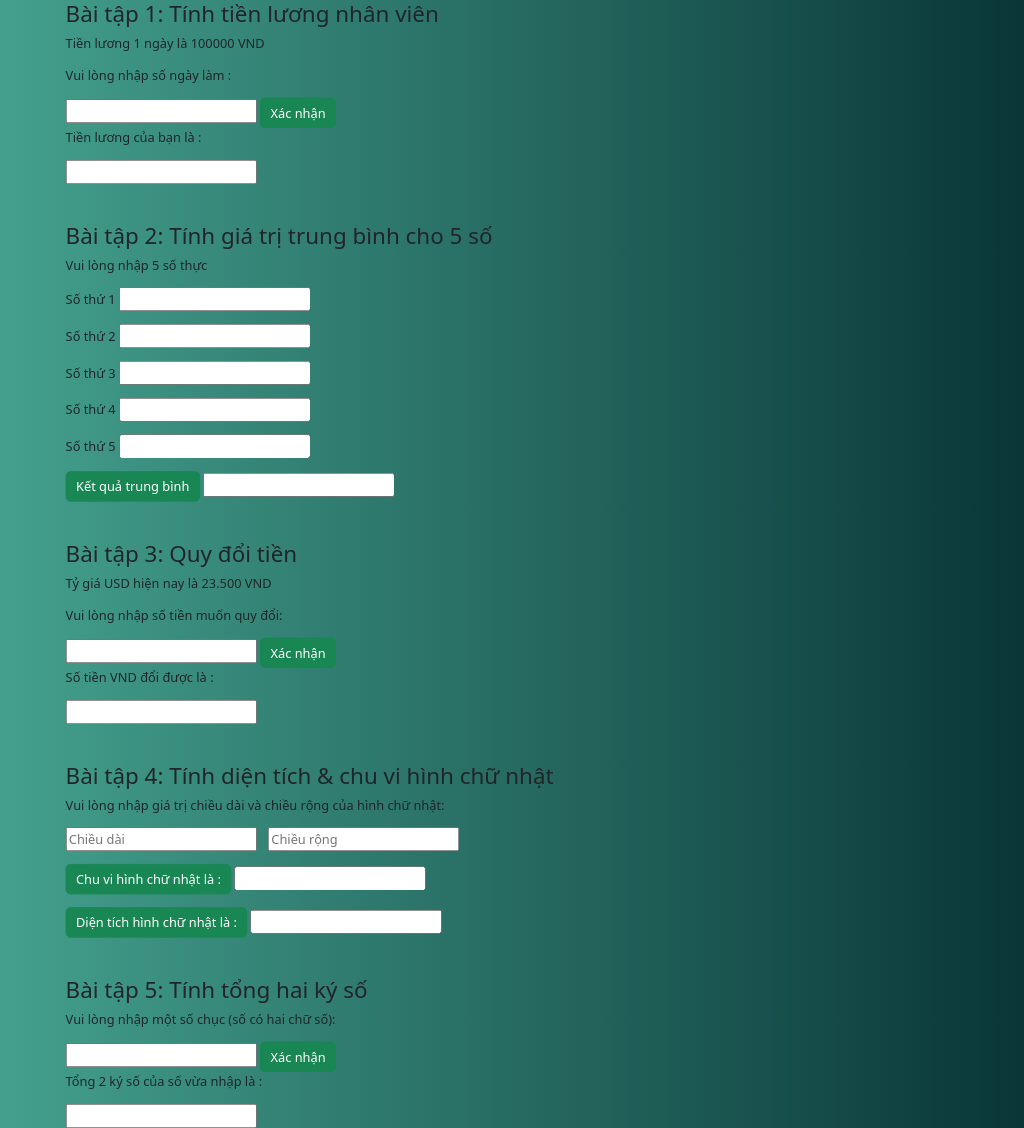
Repository: hcozyph/TranHuuPhuoc_BC43_BT_JS_Buoi2
Page: index.html
The author's editor kept a copy of each file at every save. The page is drawn from the files as they stood at one save, then again after the next save.
The browser window is 1280 px wide. The pictures show the whole page, at 80% of full size.

Above is the page before, as saved 2023-02-03 20:21:46.

### index.html
<!DOCTYPE html>
<html lang="en">
    <head>
        <title>BT JS - Buoi 1</title>
        <!-- Required meta tags -->
        <meta charset="utf-8" />
        <meta
            name="viewport"
            content="width=device-width, initial-scale=1, shrink-to-fit=no"
        />

        <!-- font-family -->
        <link
            href="//fonts.googleapis.com/css2?family=Pacifico&amp;display=swap"
            rel="stylesheet"
        />
        <link
            href="//fonts.googleapis.com/css2?family=Quicksand:wght@300;400;500;600;700&amp;display=swap"
            rel="stylesheet"
        />

        <!-- Bootstrap CSS v5.2.1 -->
        <link
            href="https://cdn.jsdelivr.net/npm/bootstrap@5.2.1/dist/css/bootstrap.min.css"
            rel="stylesheet"
            integrity="sha384-iYQeCzEYFbKjA/T2uDLTpkwGzCiq6soy8tYaI1GyVh/UjpbCx/TYkiZhlZB6+fzT"
            crossorigin="anonymous"
        />

        <!-- FontAwesome 6.2.0 CSS -->
        <link
            rel="stylesheet"
            href="https://cdnjs.cloudflare.com/ajax/libs/font-awesome/6.2.0/css/all.min.css"
            integrity="sha512-xh6O/CkQoPOWDdYTDqeRdPCVd1SpvCA9XXcUnZS2FmJNp1coAFzvtCN9BmamE+4aHK8yyUHUSCcJHgXloTyT2A=="
            crossorigin="anonymous"
            referrerpolicy="no-referrer"
        />

        <!-- index.css -->
        <link rel="stylesheet" href="./style/index.css" />
    </head>

    <body>
        <div class="btvn">
            <!-- BT1 -->
            <div class="container">
                <!-- BT-1 -->
                <div class="BT1">
                    <h1 class="fs-3">Bài tập 1: Tính tiền lương nhân viên</h1>
                    <p>Tiền lương 1 ngày là 100000 VND</p>
                    <p>Vui lòng nhập số ngày làm :</p>
                    <input type="number" id="soNgayLam" />
                    <button
                        class="btn btn-success"
                        id="btnXacNhan"
                        onclick="inputSoNgayLam()"
                    >
                        Xác nhận
                    </button>
                    <p>Tiền lương của bạn là :</p>
                    <input type="text" id="result" />
                </div>

                <!-- BT2 -->
                <div class="BT2">
                    <h1 class="fs-3 mt-5">
                        Bài tập 2: Tính giá trị trung bình cho 5 số
                    </h1>
                    <p>Vui lòng nhập 5 số thực</p>

                    <p>Số thứ 1 <input type="number" id="n1" /></p>
                    <p>Số thứ 2 <input type="number" id="n2" /></p>
                    <p>Số thứ 3 <input type="number" id="n3" /></p>
                    <p>Số thứ 4 <input type="number" id="n4" /></p>
                    <p>Số thứ 5 <input type="number" id="n5" /></p>

                    <button
                        class="btn btn-success"
                        id="btnAverage"
                        onclick="average()"
                    >
                        Kết quả trung bình
                    </button>
                    <input type="text" id="average" />
                </div>

                <!-- BT3 -->
                <div class="BT3">
                    <h1 class="fs-3 mt-5">Bài tập 3: Quy đổi tiền</h1>
                    <p>Tỷ giá USD hiện nay là 23.500 VND</p>
                    <p>Vui lòng nhập số tiền muốn quy đổi:</p>

                    <input type="number" id="inputUsd" />
                    <button
                        class="btn btn-success"
                        id="btnTradeMoney"
                        onclick="tradeMoney ()"
                    >
                        Xác nhận
                    </button>

                    <p>Số tiền VND đổi được là :</p>
                    <input type="text" id="tradeMoney" />
                </div>

                <!-- BT4 -->
                <div class="BT4">
                    <h1 class="fs-3 mt-5">
                        Bài tập 4: Tính diện tích & chu vi hình chữ nhật
                    </h1>
                    <p>
                        Vui lòng nhập giá trị chiều dài và chiều rộng của hình
                        chữ nhật:
                    </p>

                    <input type="number" id="length" placeholder="Chiều dài" />
                    <input
                        style="margin-left: 10px"
                        type="number"
                        id="width"
                        placeholder="Chiều rộng"
                    />

                    <div class="chuVi mt-3">
                        <button class="btn btn-success" onclick="chuVi()">
                            Chu vi hình chữ nhật là :
                        </button>
                        <input type="number" id="chuVi" />
                    </div>

                    <div class="dienTich mt-3">
                        <button class="btn btn-success" onclick="dienTich()">
                            Diện tích hình chữ nhật là :
                        </button>
                        <input type="number" id="dienTich" />
                    </div>
                </div>

                <!-- BT5 -->
                <div class="BT5">
                    <h1 class="fs-3 mt-5">Bài tập 5: Tính tổng hai ký số</h1>
                    <p>Vui lòng nhập một số chục (số có hai chữ số):</p>
                    <input type="number" id="inputSoChuc" />
                    <button class="btn btn-success" onclick="tong2KySo()">
                        Xác nhận
                    </button>
                    <p>Tổng 2 ký số của số vừa nhập là :</p>
                    <input type="number" id="tong2KySo" />
                </div>
            </div>
        </div>

        <!-- Bootstrap JavaScript Libraries -->
        <script
            src="https://cdn.jsdelivr.net/npm/@popperjs/core@2.11.6/dist/umd/popper.min.js"
            integrity="sha384-oBqDVmMz9ATKxIep9tiCxS/Z9fNfEXiDAYTujMAeBAsjFuCZSmKbSSUnQlmh/jp3"
            crossorigin="anonymous"
        ></script>

        <script
            src="https://cdn.jsdelivr.net/npm/bootstrap@5.2.1/dist/js/bootstrap.min.js"
            integrity="sha384-7VPbUDkoPSGFnVtYi0QogXtr74QeVeeIs99Qfg5YCF+TidwNdjvaKZX19NZ/e6oz"
            crossorigin="anonymous"
        ></script>

        <!-- js customize -->
        <script src="./index.js"></script>
    </body>
</html>

### style/index.css
/* * {
    padding: 0;
    margin: 0;
    box-sizing: border-box;
    font-family: system-ui, -apple-system, BlinkMacSystemFont, "Segoe UI",
        Roboto, Oxygen, Ubuntu, Cantarell, "Open Sans", "Helvetica Neue",
        sans-serif;
}

.container {
    margin: 0 auto;
    max-width: 1440px;
} */

.btvn {
    background: linear-gradient(to right, rgb(68, 160, 141), rgb(9, 54, 55));
    background-repeat: no-repeat;
    background-size: cover;
    margin: 0 auto;
}

.BT1 {
    marin: 0 auto;
}

### index.js
//BT1: Tính tiền lương nhân viên
function inputSoNgayLam () {
    //input:
    var soNgayLam = document.getElementById('soNgayLam').value;
    const luongMotNgay = 100000;

    //output:
    var result = 0;

    //progress
    var result = parseInt(soNgayLam) * parseInt(luongMotNgay);

    document.getElementById('result').value = result.toLocaleString() + ' VND';
}

//BT2: Tính trung bình cộng 5 số
function average () {
    //input:
    var n1 = document.getElementById('n1').value;
    var n2 = document.getElementById('n2').value;
    var n3 = document.getElementById('n3').value;
    var n4 = document.getElementById('n4').value;
    var n5 = document.getElementById('n5').value;
    //output:
    var average = 0;
    const soLuongInput = 5;

    //progress
    var sum = parseFloat(n1) + parseFloat(n2) + parseFloat(n3) + parseFloat(n4) + parseFloat(n5);

    var average =  sum / parseFloat(soLuongInput) ;

    document.getElementById('average').value = average;
}

//BT3: Quy đổi tiền
function tradeMoney () {
    //input
    var inputUsd = document.getElementById('inputUsd').value;
    const tyGia = 23500;

    //output
    var tradeMoney = 0;

    //progress
    var tradeMoney = parseInt(inputUsd) * parseInt(tyGia);
    document.getElementById('tradeMoney').value = tradeMoney.toLocaleString() + ' VND';
}

//BT4: Tính chu vi & diện tích hình chữ nhật
function chuVi () {
    // input
    var length = document.getElementById('length').value;
    var width = document.getElementById('width').value;

    //output
    var chuVi = ( parseInt(length) + parseInt(width) ) * 2;

    //progress
    document.getElementById('chuVi').value = chuVi.toLocaleString();
}


function dienTich () {
    // input
    var length = document.getElementById('length').value;
    var width = document.getElementById('width').value;

    //output
    var dienTich = parseInt(length) * parseInt(width) ;

    //progress
    document.getElementById('dienTich').value = dienTich.toLocaleString();
}


//BT5: Tính tổng hai ký số
function tong2KySo () {
    //input
    var inputSoChuc = document.getElementById('inputSoChuc').value;
    var hangChuc = 0;
    var hangDonVi = 0;

    //output
    var tong2KySo = 0;

    //progress
    var hangChuc = Math.floor(Number(inputSoChuc)/10)
    var hangDonVi = Math.floor(Number(inputSoChuc)%10)
    var tong2KySo = parseInt(hangChuc) + parseInt(hangDonVi);

    document.getElementById('tong2KySo').value = tong2KySo;
}
/*
Link vercel:
https://tran-huu-phuoc-bc-43-bt-js-buoi1.vercel.app/
*/

After the next save:
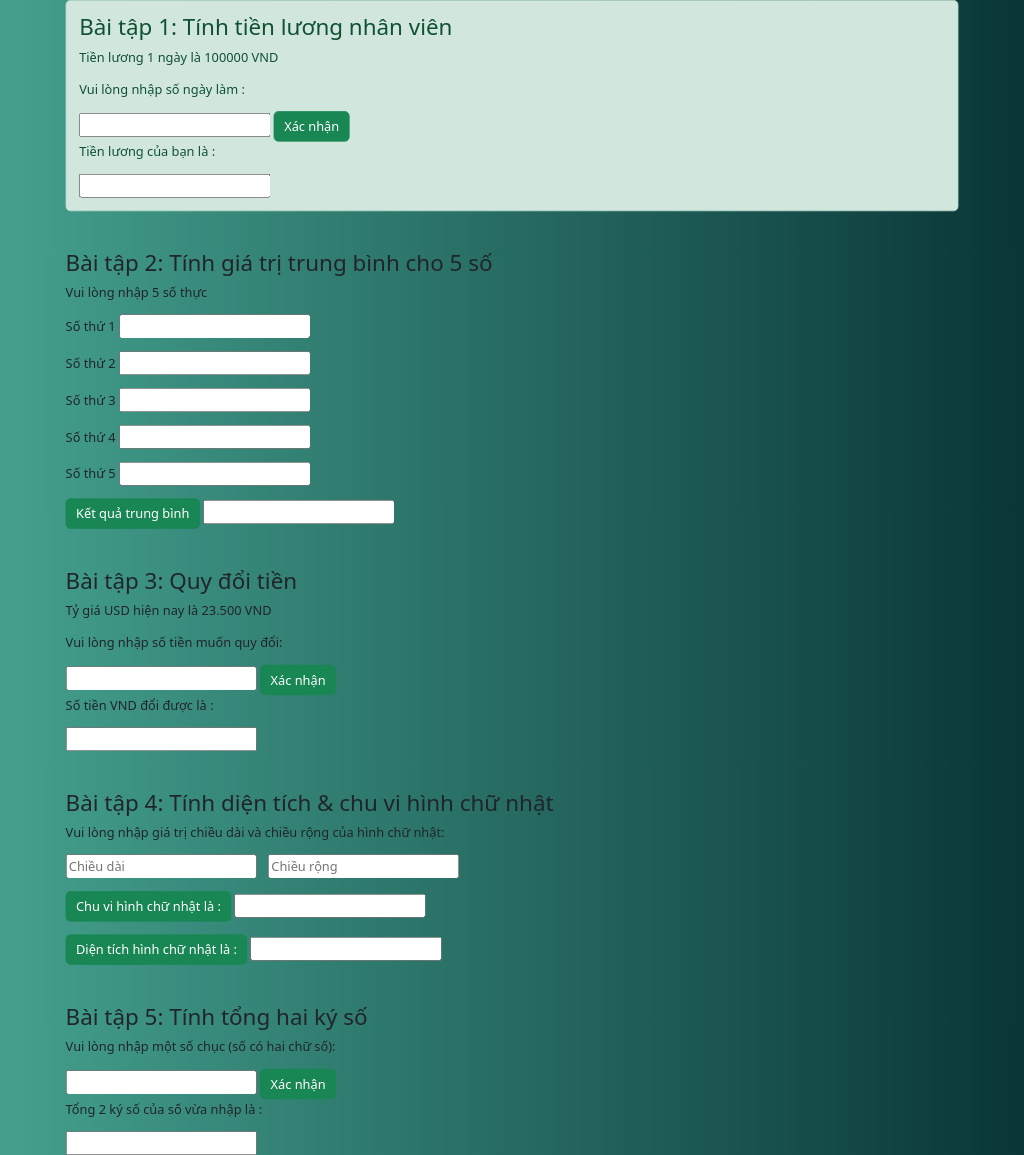
Saved 30 s later.
--- a/index.html
+++ b/index.html
@@ -45,7 +45,7 @@
             <!-- BT1 -->
             <div class="container">
                 <!-- BT-1 -->
-                <div class="BT1">
+                <div class="BT1 alert alert-success">
                     <h1 class="fs-3">Bài tập 1: Tính tiền lương nhân viên</h1>
                     <p>Tiền lương 1 ngày là 100000 VND</p>
                     <p>Vui lòng nhập số ngày làm :</p>
